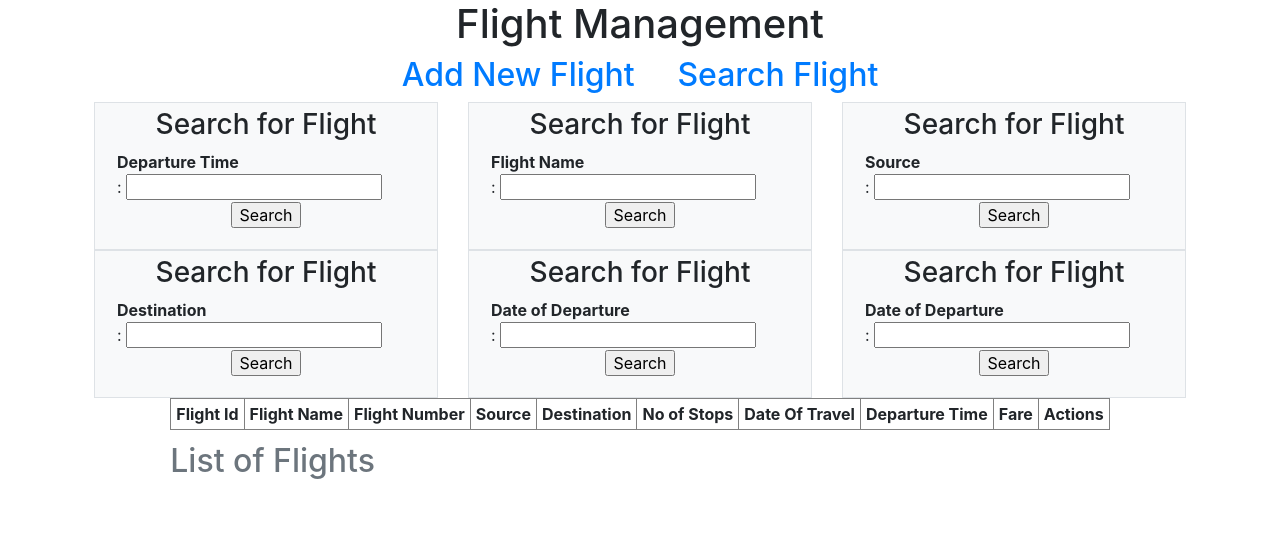
Repository: pawankas/Java_Mini_Project
Page: http://localhost/AirlineReservation/list
The author's editor kept a copy of each file at every save. The page is drawn from the files as they stood at one save, then again after the next save.
The browser window is 1280 px wide. The pictures show the whole page.
The page is served by Tomcat 9. Other server files are loaded and not shown. Queries for data that is not in the repository find no rows.

Above is the page before, as saved 2022-03-18 08:20:41.

### AirlineReservation/WebContent/FlightList.jsp
<%@ page language="java" contentType="text/html; charset=UTF-8"
	pageEncoding="UTF-8"%>
<%@ taglib uri="http://java.sun.com/jsp/jstl/core" prefix="c"%>
<html>
<head>
<title>Flight Reservation System</title>


<link rel="stylesheet"
	href="https://maxcdn.bootstrapcdn.com/bootstrap/4.5.2/css/bootstrap.min.css">
<script
	src="https://ajax.googleapis.com/ajax/libs/jquery/3.5.1/jquery.min.js"></script>
<script
	src="https://cdnjs.cloudflare.com/ajax/libs/popper.js/1.16.0/umd/popper.min.js"></script>
<script
	src="https://maxcdn.bootstrapcdn.com/bootstrap/4.5.2/js/bootstrap.min.js"></script>
</head>
<body>
	<center>
		<h1>Flight Management</h1>
		<h2>
			<a href="new">Add New Flight</a> &nbsp;&nbsp;&nbsp; <a
				href="search.jsp">Search Flight</a>

		</h2>
	</center>

	<div class="container px-4">
		<div class="row gx-5">
			<div class="col">
				<div class="p-1 border bg-light">
					<form method="post" action="SearchByTime">
						<table border="0" width="300" align="center">
							<tr>
								<td colspan=2 style="font-size: 12pt;" align="center">
									<h3>Search for Flight</h3>
								</td>
							</tr>
							<tr>
								<td><b>Departure Time</b></td>
							</tr>
							<tr>
							<td>: <input type="text" name="time" id="time">
								</td>
							</tr>
							<tr>
								<td colspan=2 align="center"><input type="submit"
									value="Search"></td>
							</tr>
						</table>
					</form>
				</div>
			</div>
			<div class="col">
				<div class="p-1 border bg-light">
					<form method="post" action="SearchByName">
						<table border="0" width="300" align="center">
							<tr>
								<td colspan=2 style="font-size: 12pt;" align="center">
									<h3>Search for Flight</h3>
								</td>
							</tr>
							<tr>
								<tr>
								<td><b>Flight Name</b></td>
							</tr>
								<td>: <input type="text" name="flightName" id="flightName">
								</td>
							</tr>
							<tr>
								<td colspan=2 align="center"><input type="submit"
									value="Search"></td>
							</tr>
						</table>
					</form>
				</div>
			</div>
			<div class="col">
				<div class="p-1 border bg-light">
					<form method="post" action="SearchBySource">
						<table border="0" width="300" align="center">
							<tr>
								<td colspan=2 style="font-size: 12pt;" align="center">
									<h3>Search for Flight</h3>
								</td>
							</tr>
							<tr>
								<tr>
								<td><b>Source</b></td>
							</tr>
								<td>: <input type="text" name="source" id="source">
								</td>
							</tr>
							<tr>
								<td colspan=2 align="center"><input type="submit"
									value="Search"></td>
							</tr>
						</table>
					</form>
				</div>
			</div>

			<div class="col">
				<div class="p-1 border bg-light">
					<form method="post" action="SearchByDestination">
						<table border="0" width="300" align="center">
							<tr>
								<td colspan=2 style="font-size: 12pt;" align="center">
									<h3>Search for Flight</h3>
								</td>
							</tr>
							<tr>
								<tr>
								<td><b>Destination</b></td>
							</tr>
								<td>: <input type="text" name="destination" id="destination">
								</td>
							</tr>
							<tr>
								<td colspan=2 align="center"><input type="submit"
									value="Search"></td>
							</tr>
						</table>
					</form>
				</div>
			</div>

			<div class="col">
				<div class="p-1 border bg-light">
					<form method="post" action="SearchByDate">
						<table border="0" width="300" align="center">
							<tr>
								<td colspan=2 style="font-size: 12pt;" align="center">
									<h3>Search for Flight</h3>
								</td>
							</tr>
							<tr>
								<tr>
								<td><b>Date of Departure</b></td>
							</tr>
								<td>: <input type="text" name="date" id="date">
								</td>
							</tr>
							<tr>
								<td colspan=2 align="center"><input type="submit"
									value="Search"></td>
							</tr>
						</table>
					</form>
				</div>
			</div>

			<div class="col">
				<div class="p-1 border bg-light">
					<form method="post" action="SearchByDate">
						<table border="0" width="300" align="center">
							<tr>
								<td colspan=2 style="font-size: 12pt;" align="center">
									<h3>Search for Flight</h3>
								</td>
							</tr>
							<tr>
								<tr>
								<td><b>Date of Departure</b></td>
							</tr>
								<td>: <input type="text" name="date" id="date">
								</td>
							</tr>
							<tr>
								<td colspan=2 align="center"><input type="submit"
									value="Search"></td>
							</tr>
						</table>
					</form>
				</div>
			</div>

		</div>
	</div>







	<div align="center">
		<table border="1" cellpadding="5">
			<caption>
				<h2>List of Flights</h2>
			</caption>
			<tr>
				<th>Flight Id</th>
				<th>Flight Name</th>
				<th>Flight Number</th>
				<th>Source</th>
				<th>Destination</th>
				<th>No of Stops</th>
				<th>Date Of Travel</th>
				<th>Departure Time</th>
				<th>Fare</th>
				<th>Actions</th>
			</tr>
			<c:forEach var="flight" items="${FlightList}">

				<tr>
					<td><c:out value="${flight.flightId}" /></td>
					<td><c:out value="${flight.flightName}" /></td>
					<td><c:out value="${flight.flightNumber}" /></td>
					<td><c:out value="${flight.source}" /></td>
					<td><c:out value="${flight.destination}" /></td>
					<td><c:out value="${flight.noOfStops}" /></td>
					<td><c:out value="${flight.date}" /></td>
					<td><c:out value="${flight.time}" /></td>
					<td><c:out value="${flight.price}" /></td>
					<td><a
						href="edit?flightId=<c:out value='${flight.flightId}' />">Edit</a>
						&nbsp;&nbsp;&nbsp;&nbsp; <a
						href="delete?flightId=<c:out value='${flight.flightId}' />">Delete</a>
					</td>
				</tr>
			</c:forEach>

		</table>
	</div>
</body>
</html>

### AirlineReservation/src/com/cybage/controller/FlightControllerServlet.java
package com.cybage.controller;

import java.io.IOException;
import java.io.PrintWriter;
import java.sql.Connection;
import java.sql.DriverManager;
import java.sql.ResultSet;
import java.sql.SQLException;
import java.sql.Statement;
import java.text.SimpleDateFormat;
import java.util.ArrayList;
import java.util.Date;
import java.util.List;

import javax.servlet.RequestDispatcher;
import javax.servlet.ServletException;
import javax.servlet.annotation.WebServlet;
import javax.servlet.http.HttpServlet;
import javax.servlet.http.HttpServletRequest;
import javax.servlet.http.HttpServletResponse;

import com.cybage.dao.FlightDao;
import com.cybage.model.Flight;

@WebServlet("/")
public class FlightControllerServlet extends HttpServlet {
	private static final long serialVersionUID = 1L;
	private FlightDao flightDao;

	public void init() {
		flightDao = new FlightDao();
	}

	protected void doPost(HttpServletRequest request, HttpServletResponse response)
			throws ServletException, IOException {
		doGet(request, response);
	}

	protected void doGet(HttpServletRequest request, HttpServletResponse response)
			throws ServletException, IOException {
		String action = request.getServletPath();

		try {
			switch (action) {
			case "/new":
				showNewForm(request, response);
				break;
			case "/insert":
				insertFlight(request, response);
				break;
			case "/delete":
				deleteFlight(request, response);
				break;
			case "/edit":
				showEditForm(request, response);
				break;
			case "/update":
				updateFlight(request, response);
				break;
			case "/uflist":
				userFlightList(request, response);
				break;
			case "/SearchByTime":
				searchFlightByDepartureTime(request, response);
				break;
			case "/SearchByName":
				searchFlightByFlightName(request, response);
				break;
			case "/SearchBySource":
				searchFlightBySource(request, response);
				break;
			case "/SearchByDestination":
				searchFlightByDestination(request, response);
				break;
			case "/SearchByDate":
				searchFlightByDate(request, response);
				break;
			default:
				FlightList(request, response);
				break;
			}
		} catch (SQLException ex) {
			throw new ServletException(ex);
		}
	}

	private void FlightList(HttpServletRequest request, HttpServletResponse response)
			throws SQLException, IOException, ServletException {
		List<Flight> FlightList = flightDao.selectAllFlights();
		request.setAttribute("FlightList", FlightList);
		RequestDispatcher dispatcher = request.getRequestDispatcher("FlightList.jsp");
		dispatcher.forward(request, response);
	}

	private void userFlightList(HttpServletRequest request, HttpServletResponse response)
			throws SQLException, IOException, ServletException {
		List<Flight> FlightList = flightDao.selectAllFlights();
		request.setAttribute("FlightList", FlightList);
		RequestDispatcher dispatcher = request.getRequestDispatcher("userHome.jsp");
		dispatcher.forward(request, response);
	}

	private void showNewForm(HttpServletRequest request, HttpServletResponse response)
			throws ServletException, IOException {
		RequestDispatcher dispatcher = request.getRequestDispatcher("FlightForm.jsp");
		dispatcher.forward(request, response);
	}

	private void showEditForm(HttpServletRequest request, HttpServletResponse response)
			throws SQLException, ServletException, IOException {
		int flightId = Integer.parseInt(request.getParameter("flightId"));
		Flight existingFlight = flightDao.selectFlight(flightId);
		RequestDispatcher dispatcher = request.getRequestDispatcher("UpdateForm.jsp");
		request.setAttribute("flight", existingFlight);
		dispatcher.forward(request, response);

	}

	private void insertFlight(HttpServletRequest request, HttpServletResponse response)
			throws SQLException, IOException {
		String flightName = request.getParameter("flightName");
		String flightNumber = request.getParameter("flightNumber");
		String source = request.getParameter("source");
		String destination = request.getParameter("destination");
		String noOfStops = request.getParameter("noOfStops");
		String date = request.getParameter("date");
		String time = request.getParameter("time");
		double price = Double.parseDouble(request.getParameter("price"));
		Flight newFlight = new Flight(flightName, flightNumber, source, destination, noOfStops, date, time, price);
		flightDao.insertFlight(newFlight);
		response.sendRedirect("list");
	}

	private void updateFlight(HttpServletRequest request, HttpServletResponse response)
			throws IOException, SQLException {
		int flightId = Integer.parseInt(request.getParameter("flightId"));
		String flightName = request.getParameter("flightName");
		String flightNumber = request.getParameter("flightNumber");
		String source = request.getParameter("source");
		String destination = request.getParameter("destination");
		String noOfStops = request.getParameter("noOfStops");
		String date = request.getParameter("date");
		String time = request.getParameter("time");
		double price = Double.parseDouble(request.getParameter("price"));

		Flight flight = new Flight(flightId, flightName, flightNumber, source, destination, noOfStops, date, time,
				price);
		flightDao.updateFlight(flight);

		response.sendRedirect("list");
	}

	public void searchFlightByDepartureTime(HttpServletRequest request, HttpServletResponse response) throws IOException, ServletException {
		response.setContentType("text/html");
			PrintWriter out = response.getWriter();
			String time = request.getParameter("time");
			List<Flight> flightList = flightDao.searchFlightByDepartureTime(time);
			request.setAttribute("flightList", flightList);
			RequestDispatcher view = request.getRequestDispatcher("SearchView.jsp");
			view.forward(request, response);
	}

	public void searchFlightBySource(HttpServletRequest request, HttpServletResponse response) throws IOException, ServletException {
		response.setContentType("text/html");
			PrintWriter out = response.getWriter();
			String source = request.getParameter("source");
			List<Flight> flightList = flightDao.searchFlightBySource(source);
			request.setAttribute("flightList", flightList);
			RequestDispatcher view = request.getRequestDispatcher("SearchView.jsp");
			view.forward(request, response);
	}

	public void searchFlightByDestination(HttpServletRequest request, HttpServletResponse response) throws IOException, ServletException {
		response.setContentType("text/html");
			PrintWriter out = response.getWriter();
			String destination = request.getParameter("destination");
			List<Flight> flightList = flightDao.searchFlightByDestination(destination);
			request.setAttribute("flightList", flightList);
			RequestDispatcher view = request.getRequestDispatcher("SearchView.jsp");
			view.forward(request, response);
	}

	public void searchFlightBySourceAndDestination(HttpServletRequest request, HttpServletResponse response) throws IOException, ServletException {
		response.setContentType("text/html");
			PrintWriter out = response.getWriter();
			String source = request.getParameter("source");
			String destination = request.getParameter("destination");
			List<Flight> flightList = flightDao.searchFlightByDestination(destination);
			request.setAttribute("flightList", flightList);
			RequestDispatcher view = request.getRequestDispatcher("SearchView.jsp");
			view.forward(request, response);
	}

	public void searchFlightByDate(HttpServletRequest request, HttpServletResponse response) throws IOException, ServletException {
		response.setContentType("text/html");
			PrintWriter out = response.getWriter();
			String date = request.getParameter("date");
			List<Flight> flightList = flightDao.searchFlightByDate(date);
			request.setAttribute("flightList", flightList);
			RequestDispatcher view = request.getRequestDispatcher("SearchView.jsp");
			view.forward(request, response);
	}

	public void searchFlightByFlightName(HttpServletRequest request, HttpServletResponse response) throws IOException, ServletException {
		response.setContentType("text/html");
			PrintWriter out = response.getWriter();
			String flightName = request.getParameter("flightName");
			List<Flight> flightList = flightDao.searchFlightByFlightName(flightName);
			request.setAttribute("flightList", flightList);
			RequestDispatcher view = request.getRequestDispatcher("SearchView.jsp");
			view.forward(request, response);
	}

	private void deleteFlight(HttpServletRequest request, HttpServletResponse response)
			throws SQLException, IOException {
		System.out.println(request.getParameter("flightId"));
		try {
			int flightId = Integer.parseInt(request.getParameter("flightId"));
			flightDao.deleteFlight(flightId);

		} catch (NumberFormatException e) {
			// TODO Auto-generated catch block
			e.printStackTrace();
		}
		response.sendRedirect("list");
	}

}

After the next save:
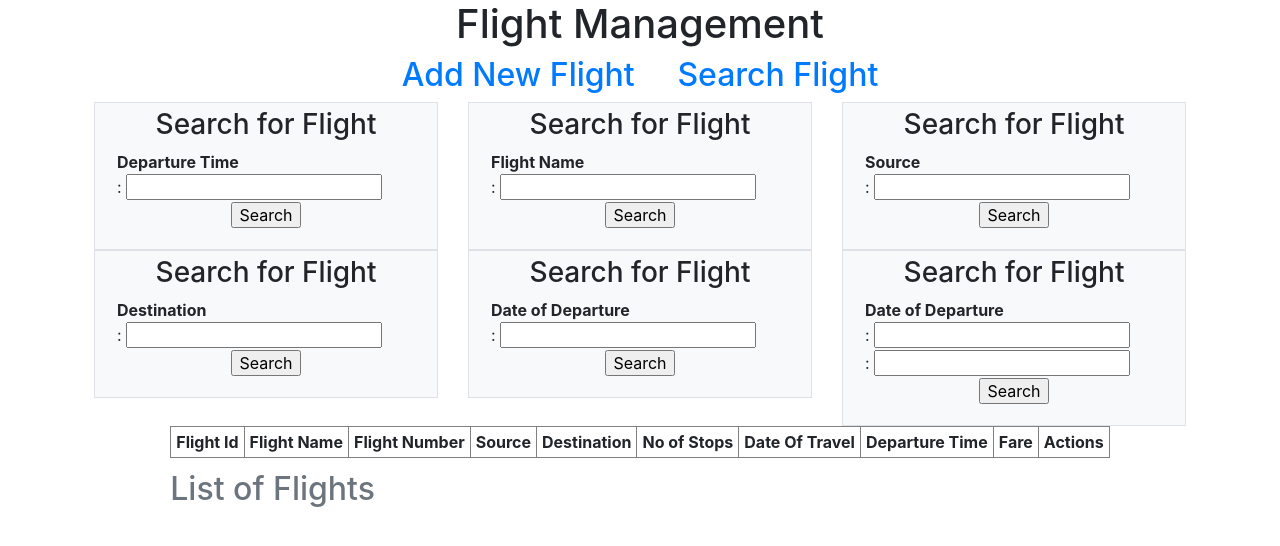
Saved 37 s later.
--- a/AirlineReservation/WebContent/FlightList.jsp
+++ b/AirlineReservation/WebContent/FlightList.jsp
@@ -162,6 +162,10 @@
 							<tr>
 								<tr>
 								<td><b>Date of Departure</b></td>
+							</tr>
+								<td>: <input type="text" name="date" id="date">
+								</td>
+							</tr>
 							</tr>
 								<td>: <input type="text" name="date" id="date">
 								</td>
